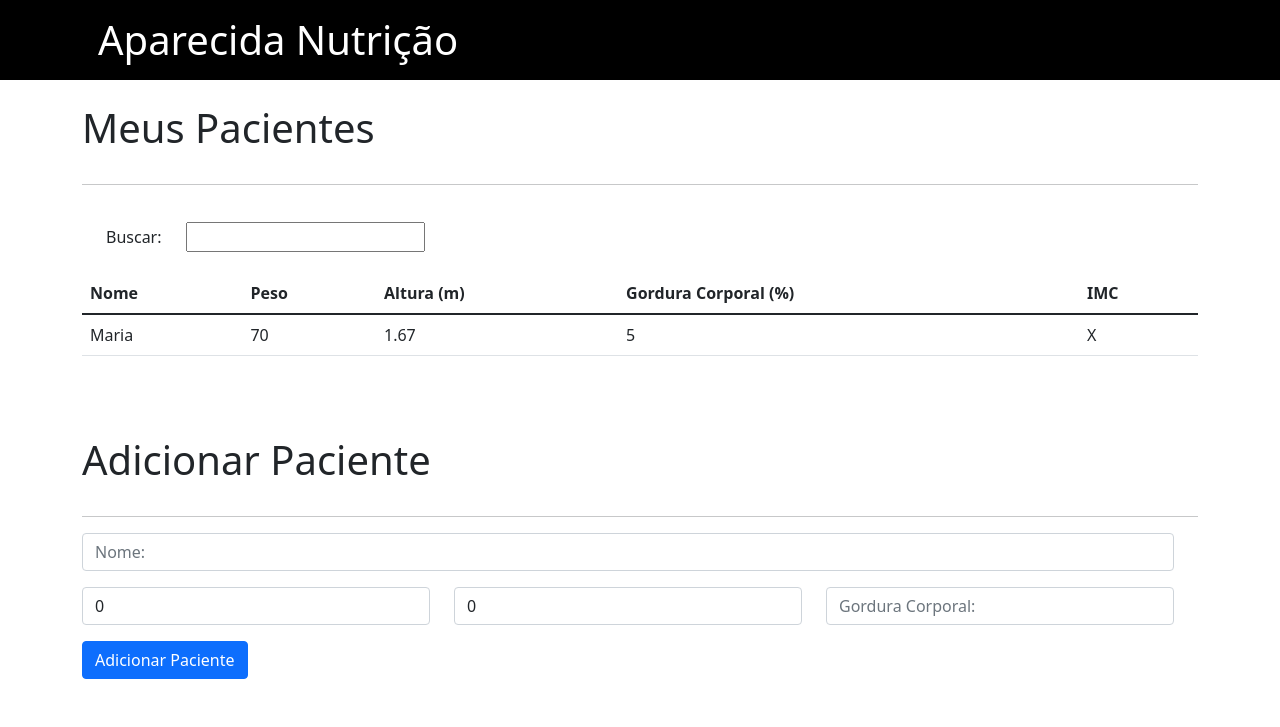
Repository: eversonps/app-paciente
Page: / (app in frontend/)
These files come from the project's save history. The page is drawn as it stood at one moment and after the next save; the edit follows.
The browser window is 1280 px wide. The pictures show the whole page.
The project was rebuilt for these pictures with package versions that can differ from the ones it lists, and the page was loaded fresh each time.

Above is the page before, as saved 2022-03-28 14:56:35.

After the next save:
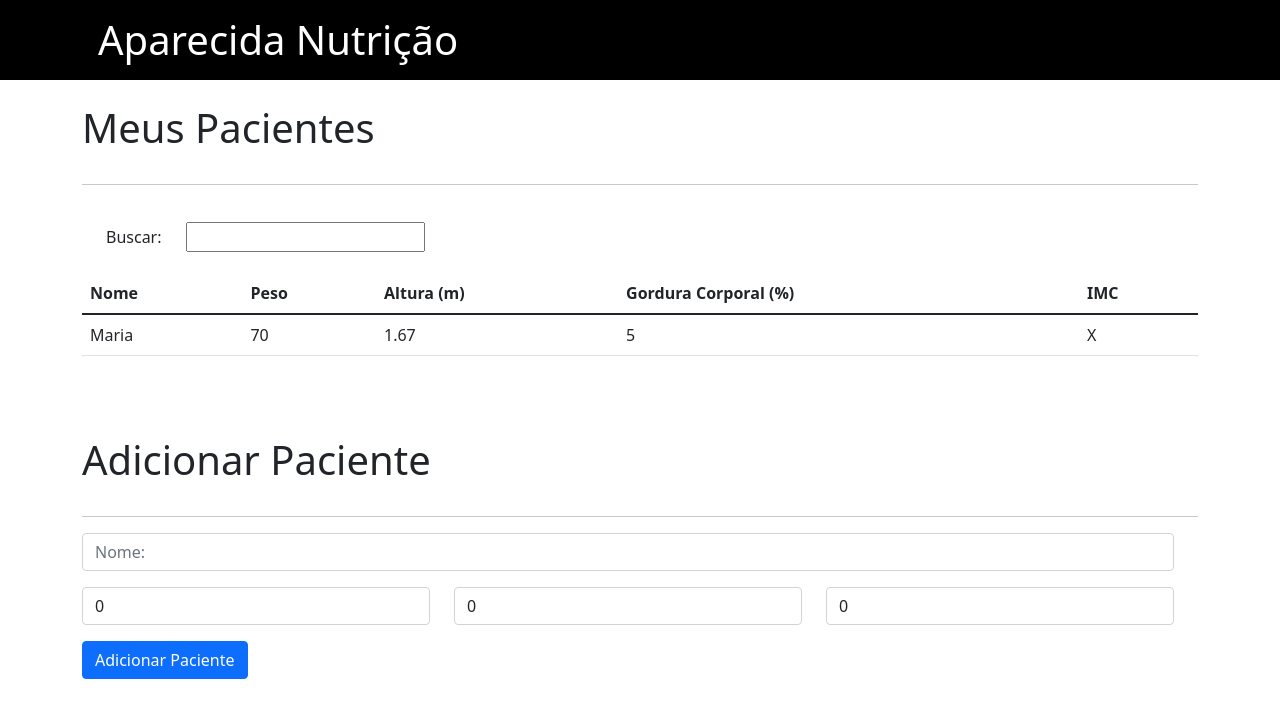
Saved 10 s later.
--- a/frontend/src/Templates/FormPacients.jsx
+++ b/frontend/src/Templates/FormPacients.jsx
@@ -25,7 +25,7 @@ export default class FormPacients extends Component{
                             <input type="number" className="form-control" placeholder="Altura:" value={this.state.altura}/>
                         </div>
                         <div className="col">
-                            <input type="number" className="form-control" placeholder="Gordura Corporal:" />
+                            <input type="number" className="form-control" placeholder="Gordura Corporal:" value={this.state.gorduraCorporal}/>
                         </div>
                     </div>
                 </div>
